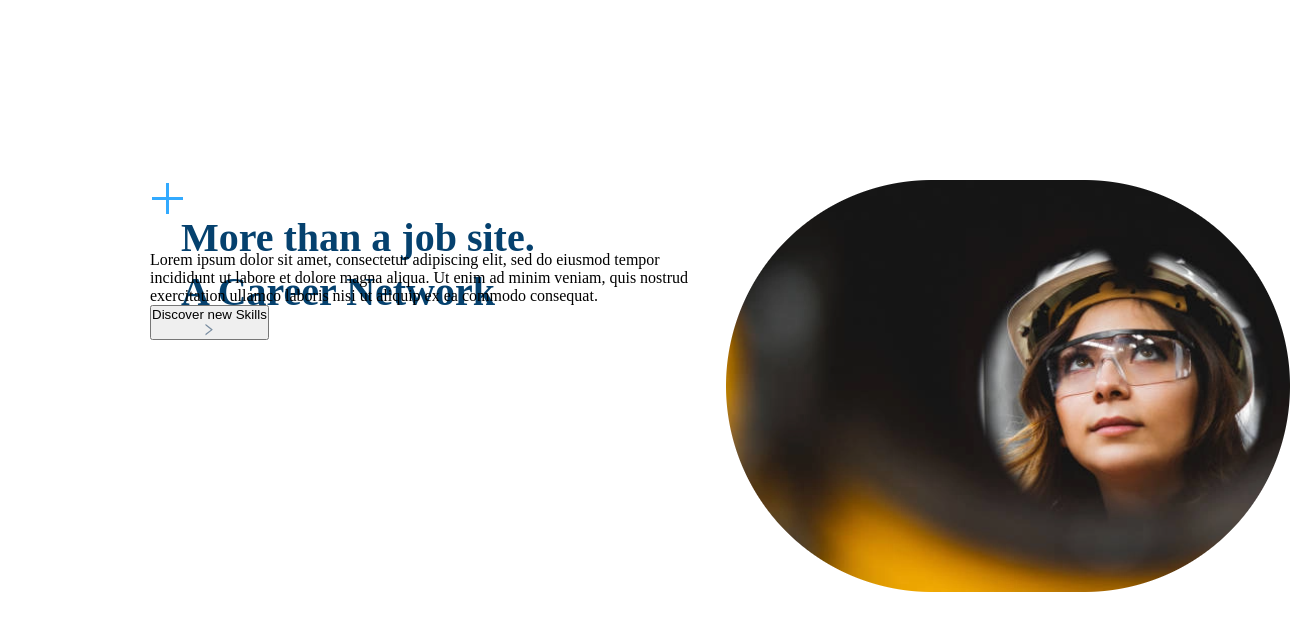
Repository: shekharyadav638/OSL_Assignment_1
Page: index.html
The author's editor kept a copy of each file at every save. The page is drawn from the files as they stood at one save, then again after the next save.
The browser window is 1280 px wide. The page is 1290 px wide, so the pictures cover 1290 px, including what lies to the right of the window. The pictures show the whole page.
The style sheet was rebuilt from its Sass, Less or Tailwind sources for each picture, by a compiler version that may differ from the author's.

Above is the page before, as saved 2024-07-14 22:38:00.

After the next save:
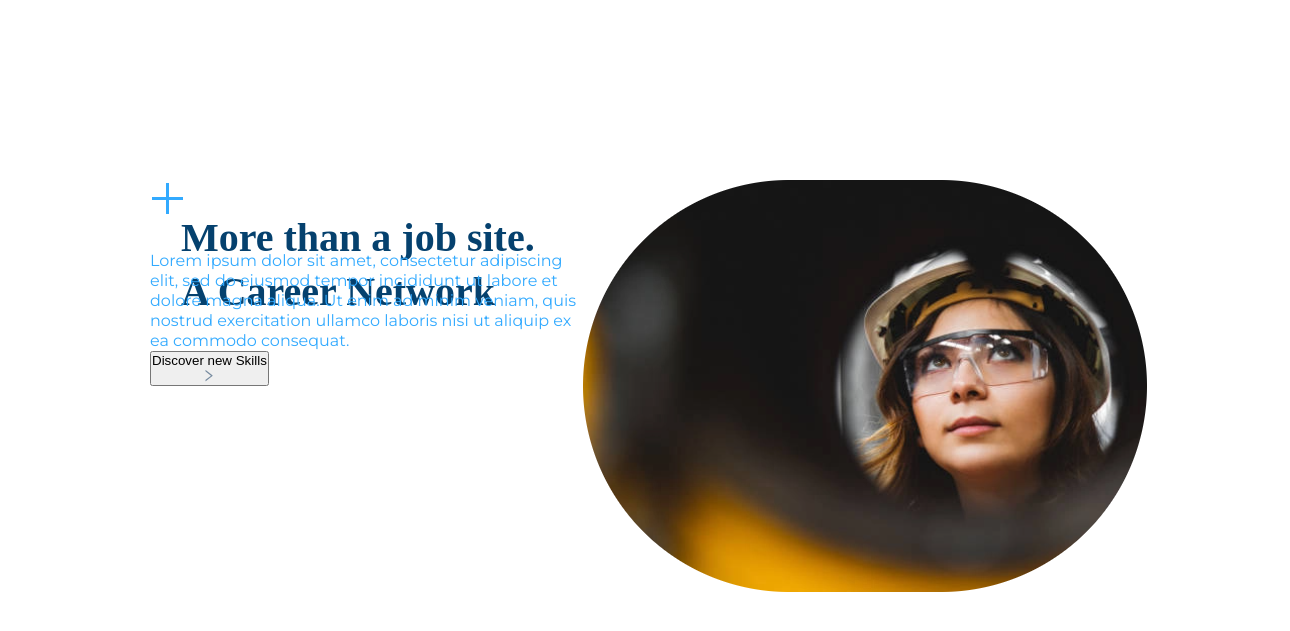
Saved 18 s later.
--- a/_career.scss
+++ b/_career.scss
@@ -28,6 +28,13 @@
 
     &_para {
       & p {
+        width: 432px;
+        height: 100px;
+        /* UI Properties */
+        text-align: left;
+        font: normal normal normal 16px/20px Montserrat;
+        letter-spacing: 0px;
+        color: #32aaff;
       }
     }
   }
